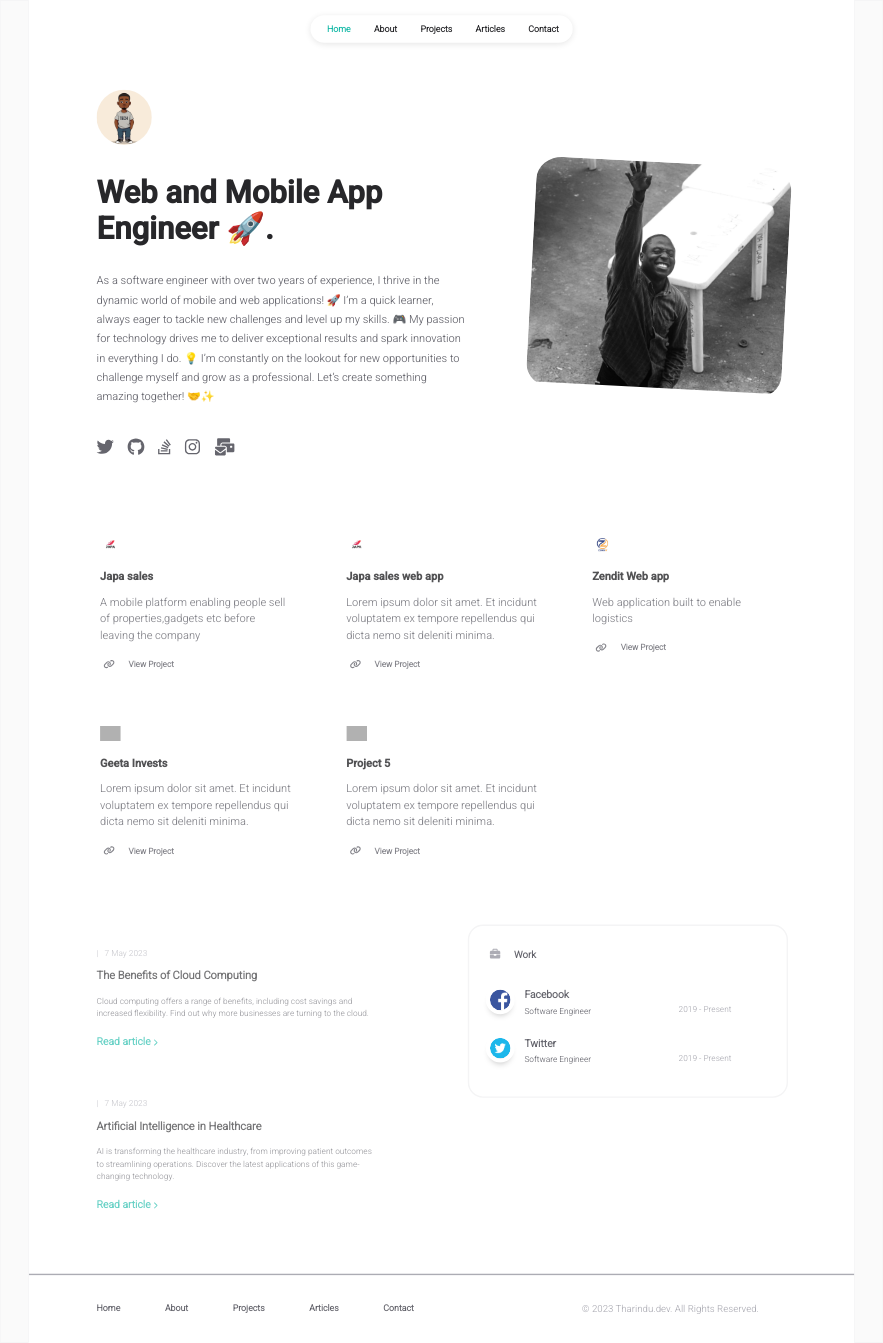
Repository: preyeopudu/preye-site
Page: /
These files come from the project's save history. The page is drawn as it stood at one moment and after the next save; the edit follows.
The browser window is 1280 px wide. The pictures show the whole page, at 69% of full size.
Pictures or frames that could not be fetched are drawn as grey boxes. The project was rebuilt for these pictures with package versions that can differ from the ones it lists, and the page was loaded fresh each time. Also part of the build but not shown: src/components/about/socials.jsx, src/pages/styles/about.css, src/pages/about.jsx, src/pages/styles/projects.css, src/pages/projects.jsx, src/components/articles/article.jsx, src/pages/styles/articles.css, src/pages/articles.jsx and 5 more.

Above is the page before, as saved 2024-12-18 19:47:16.

### src/pages/homepage.jsx
import React, { useState, useEffect } from "react";
import { Helmet } from "react-helmet";

import { faMailBulk } from "@fortawesome/free-solid-svg-icons";
import { FontAwesomeIcon } from "@fortawesome/react-fontawesome";
import {
	faTwitter,
	faGithub,
	faStackOverflow,
	faInstagram,
} from "@fortawesome/free-brands-svg-icons";

import Logo from "../components/common/logo";
import Footer from "../components/common/footer";
import NavBar from "../components/common/navBar";
import Article from "../components/homepage/article";
import Works from "../components/homepage/works";
import AllProjects from "../components/projects/allProjects";

import INFO from "../data/user";
import SEO from "../data/seo";
import myArticles from "../data/articles";

import "./styles/homepage.css";

const Homepage = () => {
	const [stayLogo, setStayLogo] = useState(false);
	const [logoSize, setLogoSize] = useState(80);
	const [oldLogoSize, setOldLogoSize] = useState(80);

	useEffect(() => {
		window.scrollTo(0, 0);
	}, []);

	useEffect(() => {
		const handleScroll = () => {
			let scroll = Math.round(window.pageYOffset, 2);

			let newLogoSize = 80 - (scroll * 4) / 10;

			if (newLogoSize < oldLogoSize) {
				if (newLogoSize > 40) {
					setLogoSize(newLogoSize);
					setOldLogoSize(newLogoSize);
					setStayLogo(false);
				} else {
					setStayLogo(true);
				}
			} else {
				setLogoSize(newLogoSize);
				setStayLogo(false);
			}
		};

		window.addEventListener("scroll", handleScroll);
		return () => window.removeEventListener("scroll", handleScroll);
	}, [logoSize, oldLogoSize]);

	const currentSEO = SEO.find((item) => item.page === "home");

	const logoStyle = {
		display: "flex",
		position: stayLogo ? "fixed" : "relative",
		top: stayLogo ? "3vh" : "auto",
		zIndex: 999,
		border: stayLogo ? "1px solid white" : "none",
		borderRadius: stayLogo ? "50%" : "none",
		boxShadow: stayLogo ? "0px 4px 10px rgba(0, 0, 0, 0.25)" : "none",
	};

	return (
		<React.Fragment>
			<Helmet>
				<title>{INFO.main.title}</title>
				<meta name="description" content={currentSEO.description} />
				<meta
					name="keywords"
					content={currentSEO.keywords.join(", ")}
				/>
			</Helmet>

			<div className="page-content">
				<NavBar active="home" />
				<div className="content-wrapper">
					<div className="homepage-logo-container">
						<div style={logoStyle}>
							<Logo width={logoSize} link={false} />
						</div>
					</div>

					<div className="homepage-container">
						<div className="homepage-first-area">
							<div className="homepage-first-area-left-side">
								<div className="title homepage-title">
									{INFO.homepage.title}
								</div>

								<div className="subtitle homepage-subtitle">
									{INFO.homepage.description}
								</div>
							</div>

							<div className="homepage-first-area-right-side">
								<div className="homepage-image-container">
									<div className="homepage-image-wrapper">
										<img
											src="preye.jpeg"
											alt="about"
											className="homepage-image"
										/>
									</div>
								</div>
							</div>
						</div>

						<div className="homepage-socials">
							<a
								href={INFO.socials.twitter}
								target="_blank"
								rel="noreferrer"
							>
								<FontAwesomeIcon
									icon={faTwitter}
									className="homepage-social-icon"
								/>
							</a>
							<a
								href={INFO.socials.github}
								target="_blank"
								rel="noreferrer"
							>
								<FontAwesomeIcon
									icon={faGithub}
									className="homepage-social-icon"
								/>
							</a>
							<a
								href={INFO.socials.stackoverflow}
								target="_blank"
								rel="noreferrer"
							>
								<FontAwesomeIcon
									icon={faStackOverflow}
									className="homepage-social-icon"
								/>
							</a>
							<a
								href={INFO.socials.instagram}
								target="_blank"
								rel="noreferrer"
							>
								<FontAwesomeIcon
									icon={faInstagram}
									className="homepage-social-icon"
								/>
							</a>
							<a
								href={`mailto:${INFO.main.email}`}
								target="_blank"
								rel="noreferrer"
							>
								<FontAwesomeIcon
									icon={faMailBulk}
									className="homepage-social-icon"
								/>
							</a>
						</div>

						<div className="homepage-projects">
							<AllProjects />
						</div>

						<div className="homepage-after-title">
							<div className="homepage-articles">
								{myArticles.map((article, index) => (
									<div
										className="homepage-article"
										key={(index + 1).toString()}
									>
										<Article
											key={(index + 1).toString()}
											date={article().date}
											title={article().title}
											description={article().description}
											link={"/article/" + (index + 1)}
										/>
									</div>
								))}
							</div>

							<div className="homepage-works">
								<Works />
							</div>
						</div>

						<div className="page-footer">
							<Footer />
						</div>
					</div>
				</div>
			</div>
		</React.Fragment>
	);
};

export default Homepage;

### src/components/common/footer.jsx
import React from "react";
import { Link } from "react-router-dom";

import "./styles/footer.css";

const Footer = () => {
	return (
		<React.Fragment>
			<div className="footer">
				<div className="footer-links">
					<ul className="footer-nav-link-list">
						<li className="footer-nav-link-item">
							<Link to="/">Home</Link>
						</li>
						<li className="footer-nav-link-item">
							<Link to="/about">About</Link>
						</li>
						<li className="footer-nav-link-item">
							<Link to="/projects">Projects</Link>
						</li>
						<li className="footer-nav-link-item">
							<Link to="/articles">Articles</Link>
						</li>
						<li className="footer-nav-link-item">
							<Link to="/contact">Contact</Link>
						</li>
					</ul>
				</div>

				<div className="footer-credits">
					<div className="footer-credits-text">
						© 2023 Tharindu.dev. All Rights Reserved.
					</div>
				</div>
			</div>
		</React.Fragment>
	);
};

export default Footer;

### src/components/common/navBar.jsx
import React from "react";
import { Link } from "react-router-dom";

import "./styles/navBar.css";

const NavBar = (props) => {
	const { active } = props;

	return (
		<React.Fragment>
			<div className="nav-container">
				<nav className="navbar">
					<div className="nav-background">
						<ul className="nav-list">
							<li
								className={
									active === "home"
										? "nav-item active"
										: "nav-item"
								}
							>
								<Link to="/">Home</Link>
							</li>
							<li
								className={
									active === "about"
										? "nav-item active"
										: "nav-item"
								}
							>
								<Link to="/about">About</Link>
							</li>
							<li
								className={
									active === "projects"
										? "nav-item active"
										: "nav-item"
								}
							>
								<Link to="/projects">Projects</Link>
							</li>
							<li
								className={
									active === "articles"
										? "nav-item active"
										: "nav-item"
								}
							>
								<Link to="/articles">Articles</Link>
							</li>
							<li
								className={
									active === "contact"
										? "nav-item active"
										: "nav-item"
								}
							>
								<Link to="/contact">Contact</Link>
							</li>
						</ul>
					</div>
				</nav>
			</div>
		</React.Fragment>
	);
};

export default NavBar;

### src/components/homepage/article.jsx
import React from "react";
import { Link } from "react-router-dom";

import { FontAwesomeIcon } from "@fortawesome/react-fontawesome";
import { faChevronRight } from "@fortawesome/free-solid-svg-icons";

import "./styles/article.css";

const Article = (props) => {
	const { title, description, date, link } = props;

	return (
		<React.Fragment>
			<div className="homepage-article">
				<div className="homepage-article-content">
					<div className="homepage-article-date">
						|&nbsp;&nbsp;&nbsp;{date}
					</div>
					<div className="homepage-article-title">{title}</div>
					<div className="homepage-article-description">
						{description}
					</div>
					<div className="homepage-article-link">
						<Link to={link}>
							Read article{" "}
							<FontAwesomeIcon
								style={{ fontSize: "10px" }}
								icon={faChevronRight}
							/>
						</Link>
					</div>
				</div>
			</div>
		</React.Fragment>
	);
};

export default Article;

### src/components/homepage/works.jsx
import React from "react";
import { faBriefcase } from "@fortawesome/free-solid-svg-icons";

import Card from "../common/card";

import "./styles/works.css";

const Works = () => {
	return (
		<div className="works">
			<Card
				icon={faBriefcase}
				title="Work"
				body={
					<div className="works-body">
						<div className="work">
							<img
								src="./facebook.png"
								alt="facebook"
								className="work-image"
							/>
							<div className="work-title">Facebook</div>
							<div className="work-subtitle">
								Software Engineer
							</div>
							<div className="work-duration">2019 - Present</div>
						</div>

						<div className="work">
							<img
								src="./twitter.png"
								alt="twitter"
								className="work-image"
							/>
							<div className="work-title">Twitter</div>
							<div className="work-subtitle">
								Software Engineer
							</div>
							<div className="work-duration">2019 - Present</div>
						</div>
					</div>
				}
			/>
		</div>
	);
};

export default Works;

### src/data/user.js
const INFO = {
	main: {
		title: "Preyes portfolio site",
		name: "Opudu T.",
		email: "preyeopudu@gmail.com",
		logo: "../icon.jpeg",
	},

	socials: {
		twitter: "https://twitter.com/",
		github: "https://github.com/",
		linkedin: "https://linkedin.com/",
		instagram: "https://instagram.com/",
		stackoverflow: "https://stackoverflow.com/",
		facebook: "https://facebook.com/",
	},

	homepage: {
		title: "Web  and Mobile App Engineer 🚀.",
		description:
			"As a software engineer with over two years of experience, I thrive in the dynamic world of mobile and web applications! 🚀 I’m a quick learner, always eager to tackle new challenges and level up my skills. 🎮 My passion for technology drives me to deliver exceptional results and spark innovation in everything I do. 💡 I’m constantly on the lookout for new opportunities to challenge myself and grow as a professional. Let’s create something amazing together! 🤝✨",
	},

	about: {
		title: "I’m Opudu Tamarapreye Micheal. I engineer solutions",
		description:
			"I’m a passionate software engineer with over two years of experience in front-end and mobile application development! 🎉 I thrive on creating user-friendly applications and boosting performance by collaborating with teams and gathering user insights. With my software engineering skills and a love for problem-solving, I’m all about delivering amazing results while having a blast and growing in the tech world! 🚀✨",
	},

	articles: {
		title: "I'm passionate about writing articles that  share my insights, experiences, and knowledge in the tech field, helping others learn and grow alongside me. ",
		description:
			"Chronological collection of my long-form thoughts on programming, leadership, product engineering, and more.",
	},

	projects: [
		{
			title: "Japa sales",
			description:
				"A mobile platform enabling people sell of properties,gadgets etc before leaving the company",
			logo: "./japa.png",
			linkText: "View Project",
			link: "https://play.google.com/store/apps/details?id=com.splashdev.japasales&pcampaignid=web_share",
		},

		{
			title: "Japa sales web app",
			description:
				"Lorem ipsum dolor sit amet. Et incidunt voluptatem ex tempore repellendus qui dicta nemo sit deleniti minima.",
			logo: "./japa.png",
			linkText: "View Project",
			link: "https://japasales.netlify.app/",
		},

		{
			title: "Zendit Web app",
			description: "Web application built to enable logistics",
			logo: "./zendit.png",
			linkText: "View Project",
			link: "https://zendit.ng/",
		},

		{
			title: "Geeta Invests",
			description:
				"Lorem ipsum dolor sit amet. Et incidunt voluptatem ex tempore repellendus qui dicta nemo sit deleniti minima.",
			logo: "https://cdn.jsdelivr.net/npm/programming-languages-logos/src/javascript/javascript.png",
			linkText: "View Project",
			link: "https://geetainvest.netlify.app/",
		},

		{
			title: "Project 5",
			description:
				"Lorem ipsum dolor sit amet. Et incidunt voluptatem ex tempore repellendus qui dicta nemo sit deleniti minima.",
			logo: "https://cdn.jsdelivr.net/npm/programming-languages-logos/src/javascript/javascript.png",
			linkText: "View Project",
			link: "https://github.com",
		},
	],
};

export default INFO;

### src/pages/styles/homepage.css
@import "../../data/styles.css";

.homepage-logo-container {
	display: flex;
	justify-content: left;
	align-items: center;
	padding-top: 130px;
}

.homepage-container {
	padding-top: 25px;
}

.homepage-first-area {
	display: flex;
	justify-content: space-between;
	align-items: center;
}

.homepage-first-area-left-side {
	display: flex;
	flex-direction: column;
	align-items: flex-start;
}

.homepage-title {
	width: 85% !important;
}

.homepage-subtitle {
	width: 85% !important;
}

.homepage-first-area-right-side {
	display: flex;
	align-items: center;
}

.homepage-image-container {
	width: 370px;
	height: 370px;
}

.homepage-image-wrapper {
	overflow: hidden;
	border-radius: 10%;
	transform: rotate(3deg);
}

.homepage-image-wrapper img {
	width: 100%;
}

.homepage-socials {
	display: flex;
	justify-content: left;
	align-items: center;
	padding-top: 30px;
}

.homepage-social-icon {
	padding-right: 20px;
	font-size: 25px;
	transition: color 0.2s ease-in-out;
	color: var(--secondary-color);
}

.homepage-social-icon:hover {
	color: var(--primary-color);
}

.homepage-after-title {
	display: flex;
}

.homepage-projects {
	flex-basis: 300px;
	padding-top: 40px;
}

.homepage-articles {
	flex-basis: 900px;
	padding-top: 30px;
	margin-left: -30px;
}

.homepage-article {
	padding-bottom: 5px;
}

.homepage-works {
	flex-basis: 600px;
	padding-top: 30px;
}

@media (max-width: 1024px) {
	.homepage-first-area {
		flex-direction: column;
	}

	.homepage-first-area-left-side {
		display: flex;
		flex-direction: column; /* Changed: set direction to column */
		align-items: flex-start;
		width: 100%;
		order: 2;
	}

	.homepage-title {
		width: 100% !important;
		margin-top: 20px;
		order: 2;
	}

	.homepage-subtitle {
		width: 100% !important;
		margin-top: 10px;
		order: 3;
	}

	.homepage-first-area-right-side {
		width: 100%;
		order: 1;
	}

	.homepage-image-container {
		padding-top: 50px;
		padding-bottom: 50px;
		margin-left: 10px;
		order: 1;
	}

	.homepage-after-title {
		flex-direction: column;
	}

	.homepage-projects {
		flex-basis: auto;
	}

	.homepage-articles {
		flex-basis: auto;
	}

	.homepage-works {
		flex-basis: auto;
		margin-left: -25px;
		margin-right: -25px;
	}
}

### src/pages/styles/readArticle.css
@import "../../data/styles.css";

.read-article-logo-container {
	display: flex;
	justify-content: left;
	padding-top: 25px;
}

.read-article-logo {
	display: flex;
	position: fixed;
	border: 1px solid white;
	border-radius: 50%;
	box-shadow: 0px 4px 10px rgba(0, 0, 0, 0.25);
	top: 4vh;
}

.read-article-container {
	display: flex;
	height: 100%;
	margin: 0;
	padding-top: 120px;
}

.read-article-back {
	padding-top: 68px;
	padding-right: 50px;
	width: 40px;
	height: 40px;
}

.read-article-back-button {
	width: 50px;
	border-radius: 50%;
	box-shadow: 0px 4px 10px rgba(0, 0, 0, 0.25);
}

.read-article-wrapper {
	width: 80%;
	padding-top: 30px;
}

.read-article-date-container {
	border-left: 2px solid var(--quaternary-color);
	color: var(--tertiary-color);
	font-size: 16 px;
	align-items: center;
	height: 22px;
}

.read-article-date {
	font-family: var(--primary-font);
	padding-left: 15px;
}

.read-article-title {
	padding-top: 50px;
	padding-bottom: 50px;
	width: 100% !important;
}

.read-article-body {
	padding-bottom: 50px;
	font-size: 16px;
	line-height: 30px;
	font-family: system-ui;
	color: #52525b;
}

### src/components/common/styles/footer.css
@import "../../../data/styles.css";

.footer {
	display: flex;
	padding-top: 25px;
	margin-top: 50px;
	padding-bottom: 25px;
	align-items: center;
}

.footer-links,
.footer-credits {
	flex-basis: 50%;
}

.footer-links {
	margin-left: -40px;
}

.footer-nav-link-list {
	display: flex;
	list-style: none;
	justify-content: space-between;
	align-items: center;
}

.footer-nav-link-item {
	font-weight: bold;
	font-size: 80%;
}

.footer-nav-link-list a {
	text-decoration: none;
	color: var(--secondary-color);
}

.footer-nav-link-list a:hover {
	color: var(--link-color);
}

.footer-credits-text {
	justify-content: flex-end;
	color: var(--tertiary-color);
	font-size: 14px;
	text-align: right;
}

@media (max-width: 600px) {
	.footer {
		flex-direction: column;
		height: 85px;
	}

	.footer-links {
		display: flex;
		width: 100%;
		justify-content: center;
	}

	.footer-nav-link-list {
		width: 100%;
	}
}

### src/components/common/styles/navBar.css
@import "../../../data/styles.css";

.nav-container {
	margin: 0;
	display: flex;
	justify-content: center;
	align-items: center;
}

.navbar {
	display: flex;
	justify-content: center;
	align-items: center;
	position: fixed;
	top: 3vh;
	z-index: 999;
}

.nav-background {
	width: 380px;
	height: 40px;
	padding-left: 0%;
	padding-right: 0%;
	background: #fff;
	box-shadow: 0px 2px 10px rgba(0, 0, 0, 0.1);
	border-radius: 40px;
}

.nav-list {
	display: flex;
	justify-content: space-between;
	list-style: none;
	align-items: center;
	margin-left: -16px;
	margin-right: 20px;
	margin-top: 11px;
}

.nav-item {
	font-weight: bold;
	font-size: 80%;
}

.nav-item.active a {
	color: var(--link-color) !important;
}

.nav-item a {
	text-decoration: none;
	color: var(--primary-color);
}

.nav-item a:hover {
	color: var(--link-color);
	transition: color 0.3s ease-in-out;
}

@media (max-width: 600px) {
	.navbar {
		margin-left: 25%;
		margin-right: 25%;
		width: 80%;
		font-size: 80%;
	}

	.nav-background {
		width: 80%;
		height: 40px;
	}

	.nav-item {
		font-weight: bold;
	}
}

### src/components/homepage/styles/article.css
@import "../../../data/styles.css";

.homepage-article {
	width: 90%;
	mix-blend-mode: normal;
	border-radius: 20px;
	opacity: 0.8;
}

.homepage-article:hover {
	background: #fafafa;
	opacity: 1;
	transition: background-color 0.3s ease-in-out;
}

.homepage-article-content {
	padding: 30px;
}

.homepage-article-date {
	opacity: 1;
	color: var(--tertiary-color);
	font-size: 12px;
	margin-bottom: 1em;
}

.homepage-article-title {
	opacity: 1;
	color: var(--primary-color);
	font-size: 16px;
	margin-bottom: 1em;
	font-weight: 700;
}

.homepage-article-description {
	opacity: 1;
	color: var(--secondary-color);
	font-size: 12px;
	line-height: 1.5;
}

.homepage-article-link {
	opacity: 1;
	padding-top: 20px;
	font-size: 15px;
	font-weight: 700;
}

.homepage-article-link a {
	color: var(--link-color);
	text-decoration: none;
}

@media (max-width: 600px) {
	.homepage-article {
		width: 100%;
	}
}

### src/components/projects/project.jsx
import React from "react";
import { Link } from "react-router-dom";
import { FontAwesomeIcon } from "@fortawesome/react-fontawesome";
import { faLink } from "@fortawesome/free-solid-svg-icons";

import "./styles/project.css";

const Project = (props) => {
	const { logo, title, description, linkText, link } = props;

	return (
		<React.Fragment>
			<div className="project">
				<Link to={link}>
					<div className="project-container">
						<div className="project-logo">
							<img src={logo} alt="logo" />
						</div>
						<div className="project-title">{title}</div>
						<div className="project-description">{description}</div>
						<div className="project-link">
							<div className="project-link-icon">
								<FontAwesomeIcon icon={faLink} />
							</div>

							<div className="project-link-text">{linkText}</div>
						</div>
					</div>
				</Link>
			</div>
		</React.Fragment>
	);
};

export default Project;

### src/components/articles/style/article.css
@import "../../../data/styles.css";

.article {
	display: flex;
}

.article a {
	text-decoration: none;
}

.article-left-side {
	min-width: 20%;
	max-width: 20%;
}

.article-right-side {
	flex-basis: 80%;
	min-width: 700px;
	mix-blend-mode: normal;
	border-radius: 20px;
	opacity: 0.8;
	padding: 30px;
}

.article-right-side:hover {
	background: #fafafa;
	opacity: 1;
	transition: background-color 0.3s ease-in-out;
}

.article-date {
	padding-top: 30px;
	font-size: 15px;
	color: var(--tertiary-color);
}

.article-title {
	color: #000000;
	font-size: 16px;
	font-weight: 600;
}

.article-description {
	padding-top: 10px;
	font-size: 12px;
	color: var(--secondary-color);
	font-weight: 480;
	line-height: 25px;
}

.article-link {
	padding-top: 10px;
	font-size: 14px;
	color: var(--link-color);
	font-weight: 700;
}

@media (max-width: 1024px) {
	.article-left-side {
		min-width: 10%;
		max-width: 10%;
	}

	.article-right-side {
		flex-basis: 90%;
		min-width: 85%;
		max-width: 85%;
	}
}

### src/components/projects/styles/project.css
@import "../../../data/styles.css";

.project {
	mix-blend-mode: normal;
	border-radius: 20px;
	opacity: 0.8;
	height: 100%;
}

.project a {
	text-decoration: none;
}

.project:hover {
	background: #fafafa;
	opacity: 1;
	transition: background-color 0.3s ease-in-out;
}

.project:hover .project-link {
	color: var(--link-color);
	transition: color 0.3s ease-in-out;
}

.project-container {
	padding: 30px;
}

.project-logo {
	width: 30px;
}

.project-logo img {
	width: 100%;
}

.project-title {
	font-family: var(--secondary-font);
	color: var(--primary-color);
	font-size: 16px;
	padding-top: 15px;
	margin-bottom: 1em;
	font-weight: 700;
}

.project-description {
	color: var(--secondary-color);
}

.project-link {
	display: flex;
	align-items: center;
	color: var(--secondary-color);
	font-size: 12px;
	padding-top: 20px;
}

.project-link-icon {
	padding-left: 5px;
	font-size: 13px;
}

.project-link-text {
	padding-left: 20px;
	font-weight: 700;
}

@media (max-width: 600px) {
	.project {
		height: 300px;
	}
}

Loaded but not shown: public/index.html (common file); src/index.js (common file); src/index.css (common file); src/App.js (common file); src/reportWebVitals.js (common file); src/data/styles.css (common file); src/data/tracking.js (common file); src/app.css (common file); src/components/common/logo.jsx (common file); src/components/projects/allProjects.jsx (common file); src/components/common/styles/logo.css (common file); src/components/common/card.jsx (common file); src/components/homepage/styles/works.css (common file); src/components/projects/styles/allProjects.css (common file); src/components/about/styles/socials.css (common file); src/components/common/styles/card.css (common file); src/data/articles.js (65 lines, source omitted); src/data/seo.js (38 lines, source omitted)

After the next save:
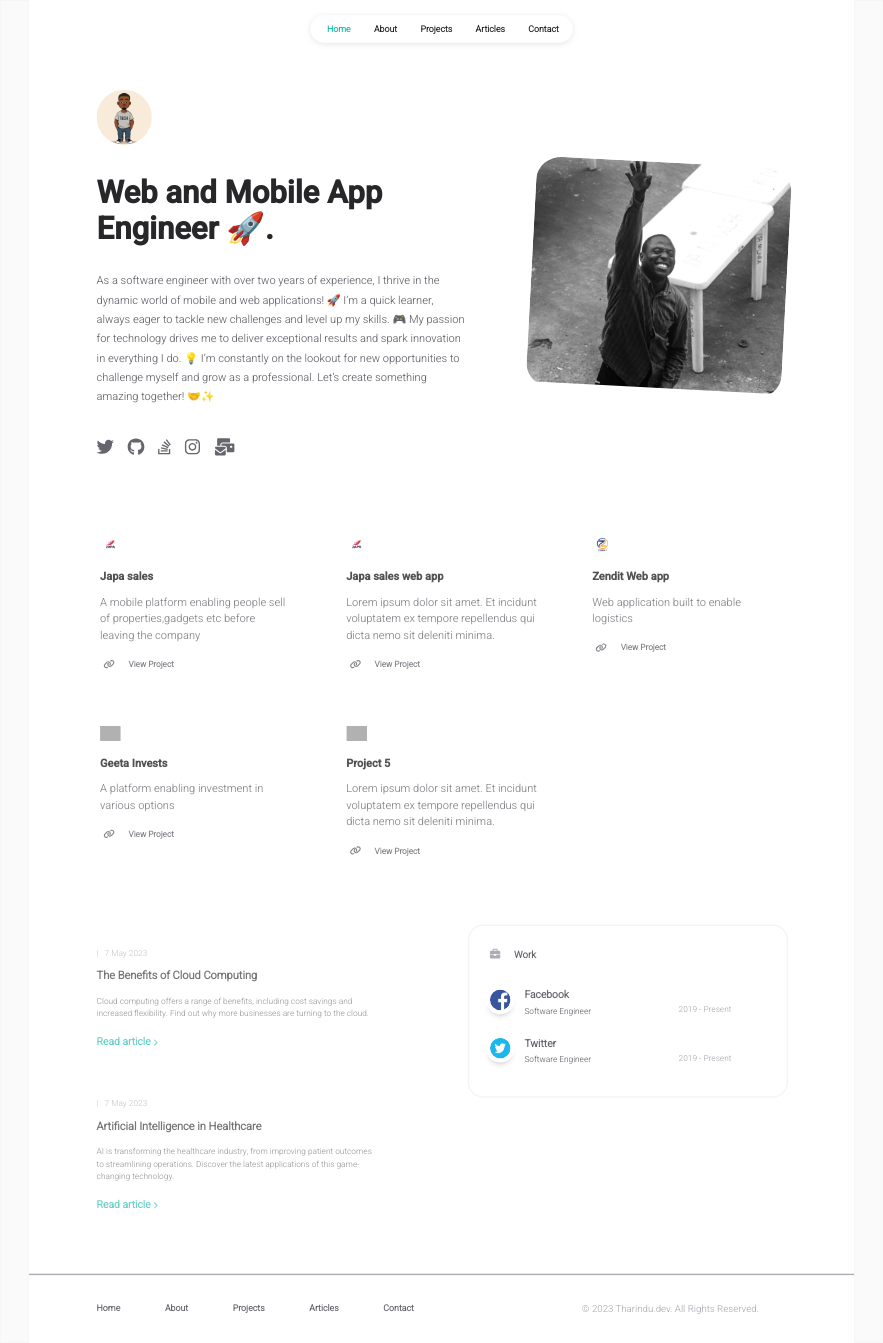
Saved 48 s later.
--- a/src/data/user.js
+++ b/src/data/user.js
@@ -62,8 +62,7 @@ const INFO = {
 
 		{
 			title: "Geeta Invests",
-			description:
-				"Lorem ipsum dolor sit amet. Et incidunt voluptatem ex tempore repellendus qui dicta nemo sit deleniti minima.",
+			description: "A platform enabling investment in various options",
 			logo: "https://cdn.jsdelivr.net/npm/programming-languages-logos/src/javascript/javascript.png",
 			linkText: "View Project",
 			link: "https://geetainvest.netlify.app/",
